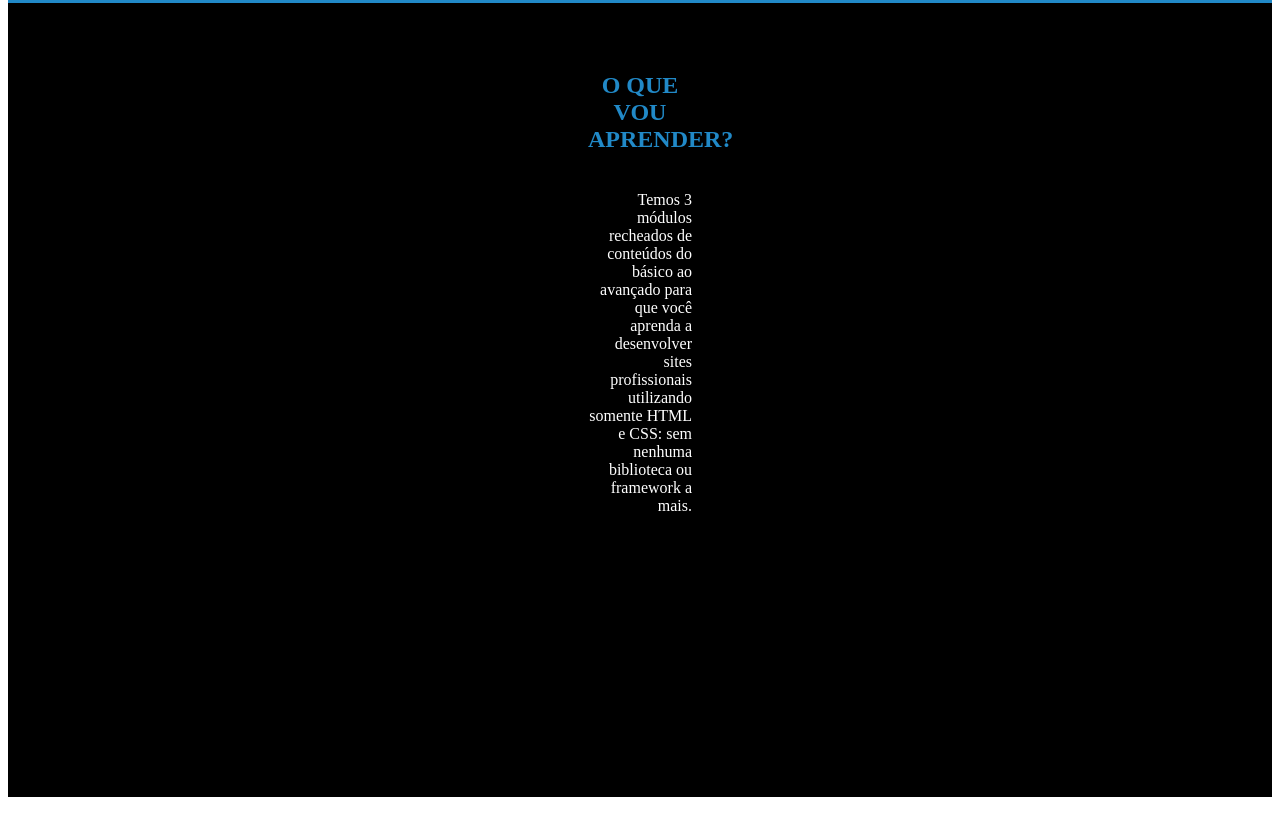
Repository: gustavotwist/trilha-css-desafio-01
Page: index.html
These files come from the project's save history. The page is drawn as it stood at one moment and after the next save; the edit follows.
The browser window is 1280 px wide. The pictures show the part of the page from y = 449 to 1280 px (the page is 2127 px tall).
A picture or video elsewhere on the page could not be fetched, so the positions and the page height are approximate.

Above is the page before, as saved 2024-07-15 18:44:47.

### index.html
<!DOCTYPE html>
<html lang="en">
<head>
  <meta charset="UTF-8">
  <meta http-equiv="X-UA-Compatible" content="IE=edge">
  <meta name="viewport" content="width=device-width, initial-scale=1.0">
  <title>Trilha de CSS - DIO</title>
  <link rel="stylesheet" href="global.css">
</head>
<body>
  <header class="banner">
    <div class="banner-content">
      <div class="logo">
        <img src="assets/images/logo.png" title="Logotipo Trilha de CSS DIO" alt="Logotipo Trilha de CSS DIO">
      </div>
      <h1>Trilha de CSS da DIO</h1>
      <p>A nova Trilha de CSS da DIO está disponível. Acesse já e aprenda do zero como desenvolver sites profissionais.</p>
      <button>Quero me inscrever</button>
    </div>
  </header>
  <main>
    <section id="course-content">
      <h2>O que vou aprender?</h2>
      <p>
        Temos 3 módulos recheados de conteúdos do básico ao avançado para que você aprenda a
        desenvolver sites profissionais utilizando somente HTML e CSS: sem nenhuma biblioteca ou framework a mais.
      </p>
      <div class="modules-list">
        <div class="module">
          <span>Módulo 01:</span> primeiros passos com CSS
        </div>
        <div class="module">
          <span>Módulo 02:</span> trabalhando com layouts no CSS
        </div>
        <div class="module">
          <span>Módulo 03:</span> refinando os estilos CSS das nossas páginas
        </div>
      </div>
    </section>
    <section id="transform-world">
      <p>TRANSFORME O MUNDO COM A GENTE</p>
    </section>
    <section id="professional-challenges">
      <h2>Evolua e encare novos desafios profissionais</h2>
      <img src="assets/images/professional-challenges.png" title="Homem lendo depoimentos em um tablet" alt="Homem lendo depoimentos em um tablet">
      <p>
        Junte-se ao nosso ecossistema e transforme o mundo com a gente! Todos os dias dezenas de empresas
        acessam a nossa plataforma em busca dos talentos mais criativos, dinâmicos e colaborativos,
        além do conhecimento técnico.
        A nossa missão é te preparar para que você conecte-se com as melhores oportunidades.
      </p>
    </section>
  </main>
  <footer>
    <img class="dio-logo" src="assets/images/dio-logo.png" title="Logotipo DIO com o texto make the change" alt="Logotipo DIO com o texto make the change">
    <p>Acesse <a href="https://dio.me">dio.me</a> e se cadastre agora</p>
  </footer>
</body>
</html>

### global.css
.banner {
    background:url('/assets/images/banner.png'), no-repeat, linear-gradient(to bottom, #030709, #030709 10%, #0a1b23 50%, #030709 95%);
    color:white;
}

h1, h2 {
    color:#2189c7;
    text-transform:uppercase;
}

.banner-content {
    text-align:center;
    padding:70px;
    margin-bottom:30px;
}

.logo img{
    width:180px;
    radial-gradient(#030709, #061216);
}

button {
   background-color:transparent;
   color:#2189c7;
   border:solid #2189c7;
   padding:1em;
   width:22em;
   text-transform:uppercase;
   word-spacing:2px;
}

#course-content{
    border-top: solid  #2189c7;
    margin-top: -30px;
    padding:50px 580px;
    text-align:center;
    background-color:#000000;
}

section p{
    color: white;
    white-space:pre-line;
    text-align:right;
}


.modules-list {

}

After the next save:
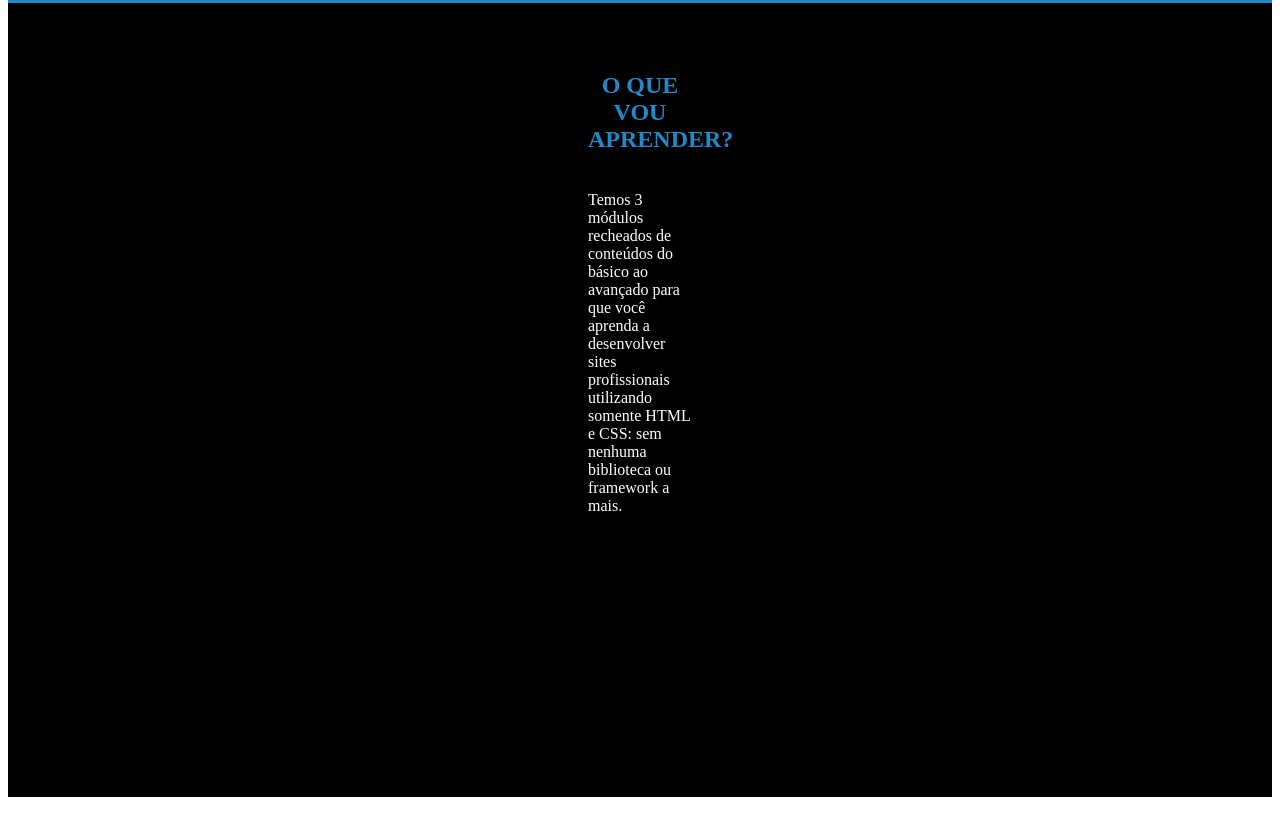
Saved 11 s later.
--- a/global.css
+++ b/global.css
@@ -40,7 +40,7 @@ button {
 section p{
     color: white;
     white-space:pre-line;
-    text-align:right;
+    text-align:left;
 }
 
 
